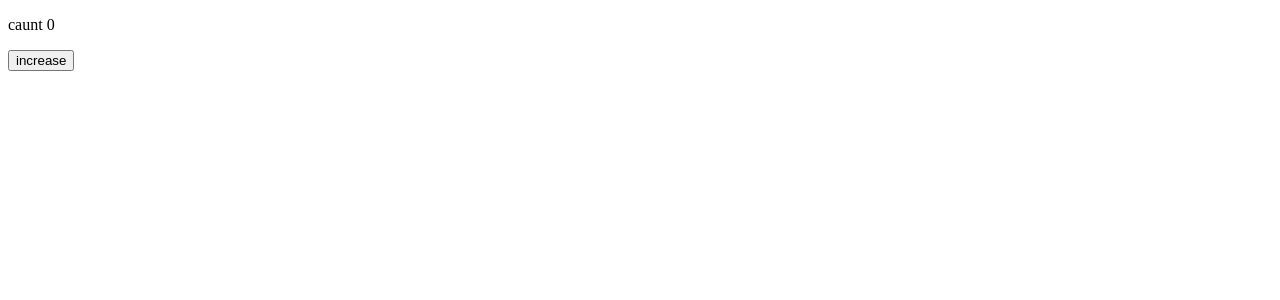
Repository: iliailia12/Individual-lessons
Page: Day 099/Homework/task4/task4.html
These files come from the project's save history. The page is drawn as it stood at one moment and after a run of saves; the edit follows.
The browser window is 1280 px wide. The pictures show the whole page.

Above is the page before, as saved 2026-06-19 01:49:38.

### Day 099/Homework/task4/task4.html
<!-- 4) შექმენი counter - ი, ვებ საიტზე უნდა გქონდეს პარაგრაფი "count: 0" და 2 ღილაკი, პირველზე დაკლიკებისას count - ი უნდა იზრდებოდეს 1 - ით, მეორეზე დაკლიკებისას count - ი უნდა ხდებოდეს 0. -->


<!DOCTYPE html>
<html lang="en">
<head>
    <meta charset="UTF-8">
    <meta name="viewport" content="width=device-width, initial-scale=1.0">
    <title>Document</title>
</head>
<body>
    <p id="caunt">caunt 0</p>
    <button id="increase">increase </button>
</body>
</html>

After the next 2 saves:
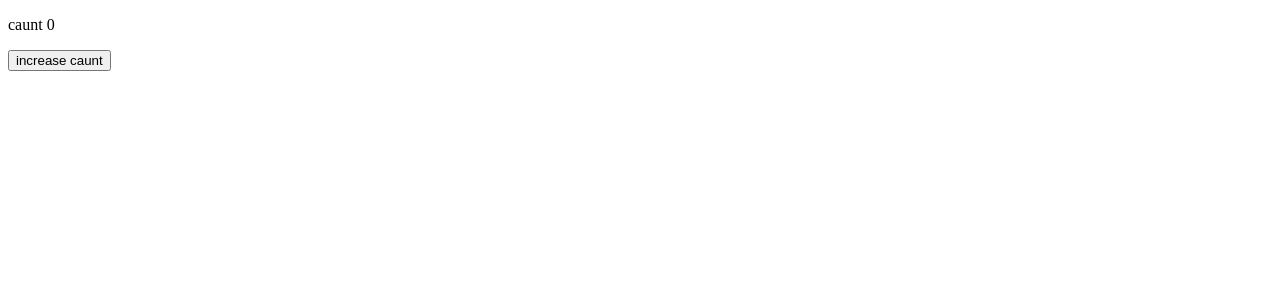
The 2 saves are shown as one change because they came seconds apart.
The last was saved 7 s later.
--- a/Day 099/Homework/task4/task4.html
+++ b/Day 099/Homework/task4/task4.html
@@ -10,6 +10,7 @@
 </head>
 <body>
     <p id="caunt">caunt 0</p>
-    <button id="increase">increase </button>
+    <button id="increase">increase caunt</button>
+
 </body>
 </html>
